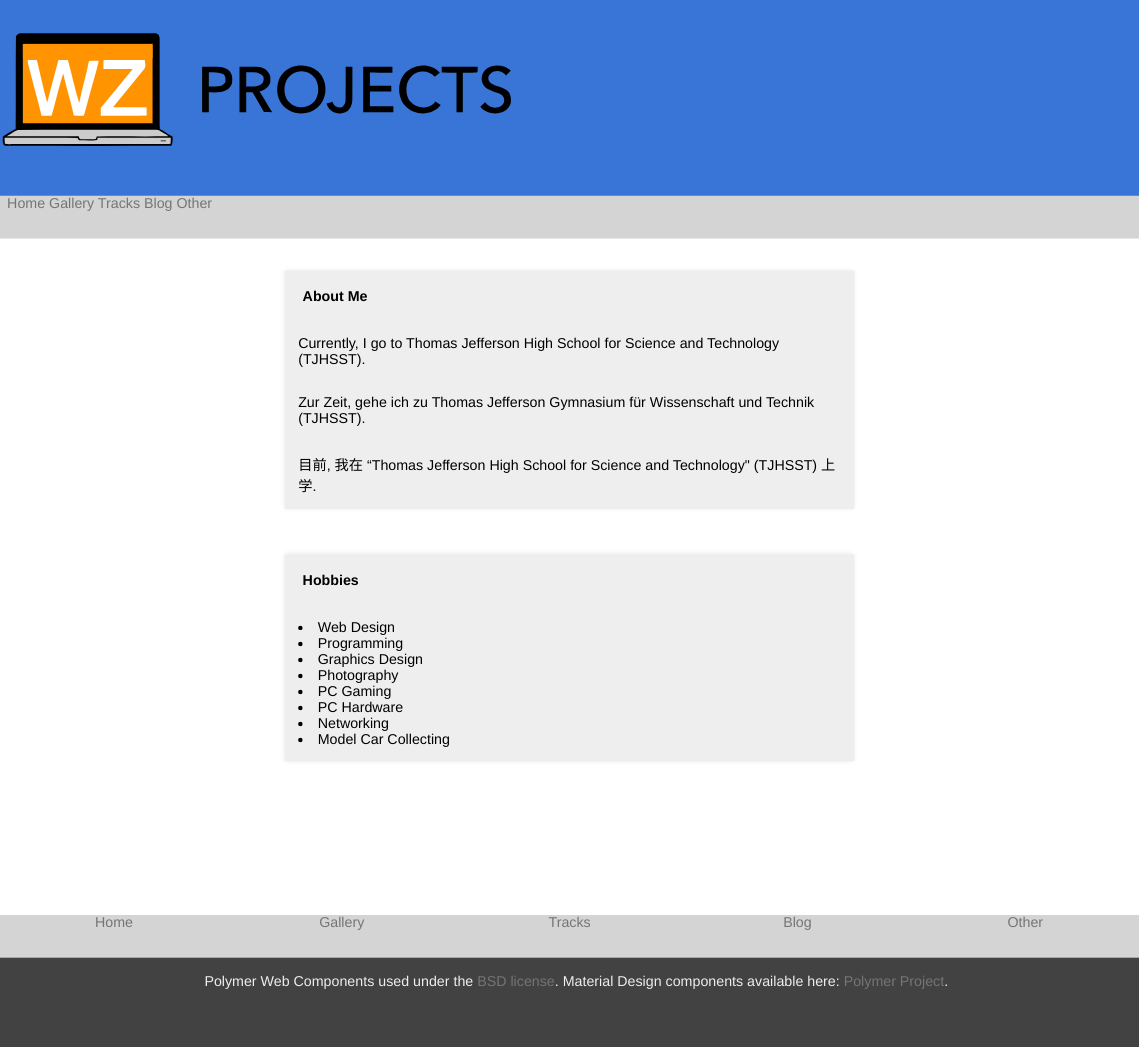
Repository: willzhang05/willzhang05.github.io-old
Page: about.html
The author's editor kept a record of every edit. The page is drawn from the files as they stood at one moment, then again after the next edit.
The browser window is 1280 px wide. The pictures show the whole page, at 89% of full size.

Above is the page before.

After the next edit:
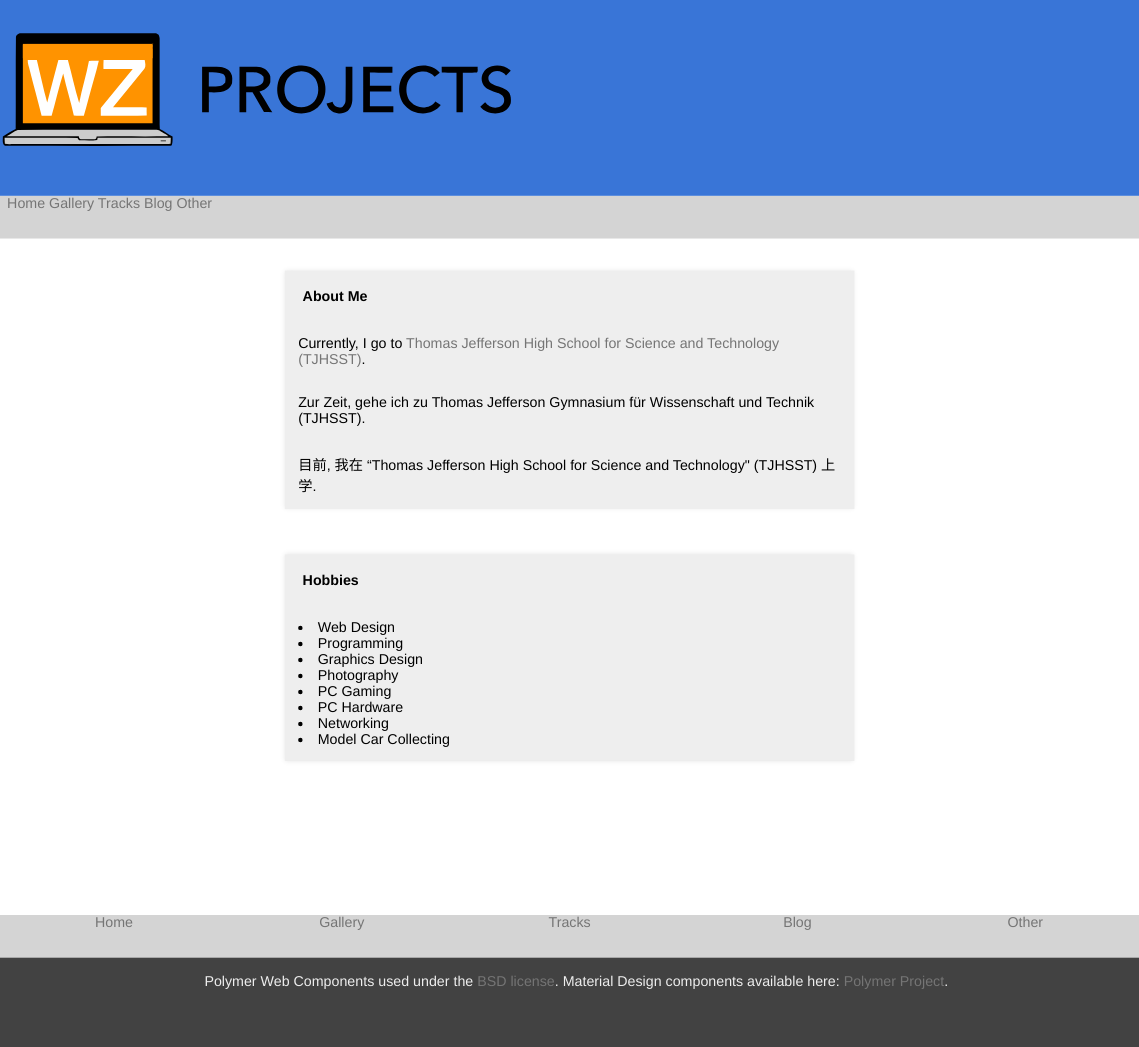
The edit:
--- a/about.html
+++ b/about.html
@@ -76,7 +76,8 @@
 					<div class="card">
 						<h1>About Me</h1>
 						<div class="description">
-							Currently, I go to Thomas Jefferson High School for Science and Technology (TJHSST).
+							Currently, I go to
+							<a class="source" href="http://www.tjhsst.edu/" target="_blank">Thomas Jefferson High School for Science and Technology (TJHSST)</a>.
 						</div>
 						<div class="description">
 							Zur Zeit, gehe ich zu Thomas Jefferson Gymnasium für Wissenschaft und Technik (TJHSST).
